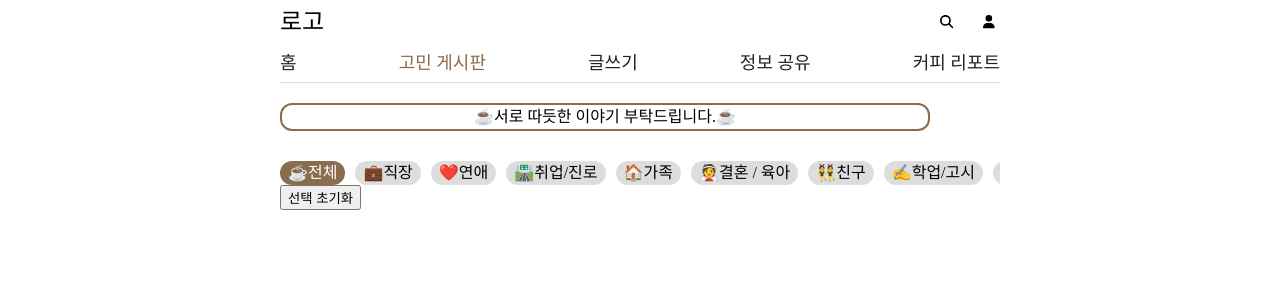
Repository: zlazlazla35/coffee
Page: /list
The author's editor kept a copy of each file at every save. The page is drawn from the files as they stood at one save, then again after the next save.
The browser window is 1280 px wide. The pictures show the whole page.
Some web fonts or font styles are not loaded; a fallback is used. The project was rebuilt for these pictures with package versions that can differ from the ones it lists, and the page was loaded fresh each time. The framework's server and built-in components were replaced by stand-ins that run in the browser. Also part of the build but not shown: next.config.mjs.

Above is the page before, as saved 2024-12-26 18:18:53.

After the next save:
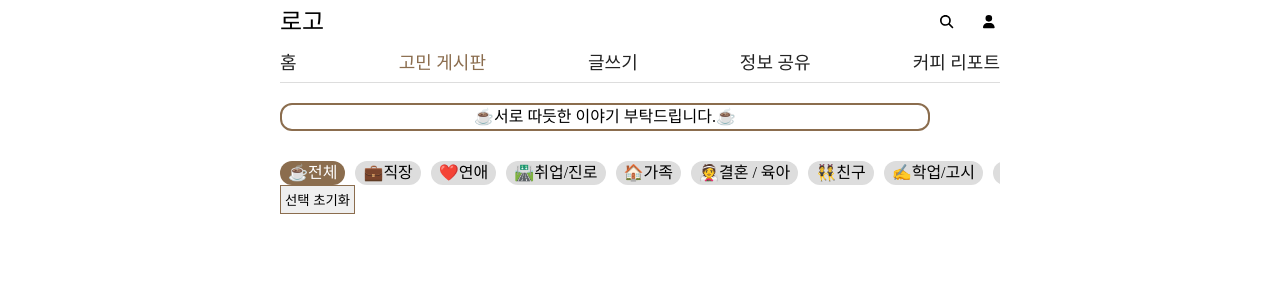
Saved 51 s later.
--- a/src/app/globals.css
+++ b/src/app/globals.css
@@ -76,3 +76,4 @@ a {text-decoration: none; color: inherit;}
 .liset_page .tag .tag_list li {background: #ddd; font-size: 16px; box-sizing: border-box; padding: 4px 8px; border-radius: 12px; margin-right: 10px; cursor: pointer;}
 .liset_page .tag .tag_list li:last-child {margin-right: 0;}
 .liset_page .tag .tag_list li.on {background: #8b6d4e; color: #fff;}
+.liset_page .tag_reset{display: inline-block; box-sizing: border-box; padding: 4px; border: 1px solid #8b6d4e;}
